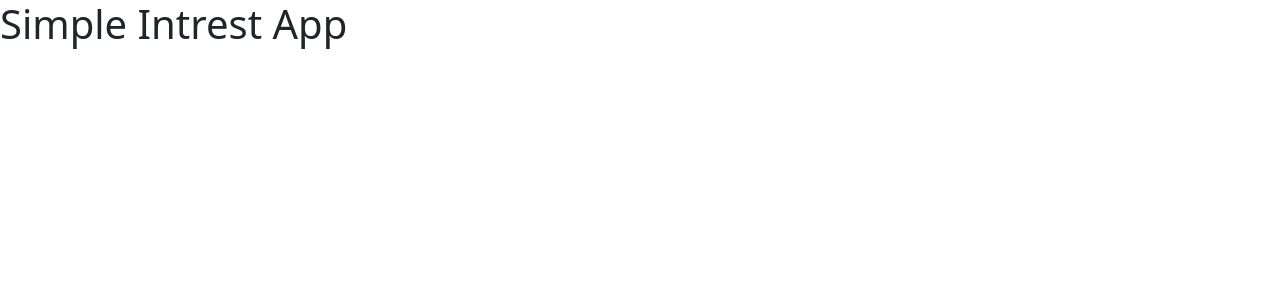
Repository: Afraz13/simple-intrest
Page: /
These files come from the project's save history. The page is drawn as it stood at one moment and after a run of saves; the edit follows.
The browser window is 1280 px wide. The pictures show the whole page.
The project was rebuilt for these pictures with package versions that can differ from the ones it lists, and the page was loaded fresh each time. Also part of the build but not shown: src/index.css, src/App.css.

Above is the page before, as saved 2024-07-15 20:16:42.

### public/index.html
<!DOCTYPE html>
<html lang="en">
  <head>
    <meta charset="utf-8" />

    <meta name="viewport" content="width=device-width, initial-scale=1" />
    <link href="https://cdn.jsdelivr.net/npm/bootstrap@5.3.3/dist/css/bootstrap.min.css" rel="stylesheet" integrity="sha384-QWTKZyjpPEjISv5WaRU9OFeRpok6YctnYmDr5pNlyT2bRjXh0JMhjY6hW+ALEwIH" crossorigin="anonymous">

    <title>Simple Intrest</title>
  </head>
  <body>

    <div id="root"></div>

  </body>
</html>

### src/App.js

import './App.css';

function App() {
  return (
    <div clas>
      <h1>Simple Intrest App</h1>
    </div>
  );
}

export default App;

Loaded but not shown: src/index.js (common file)

After the next 4 saves:
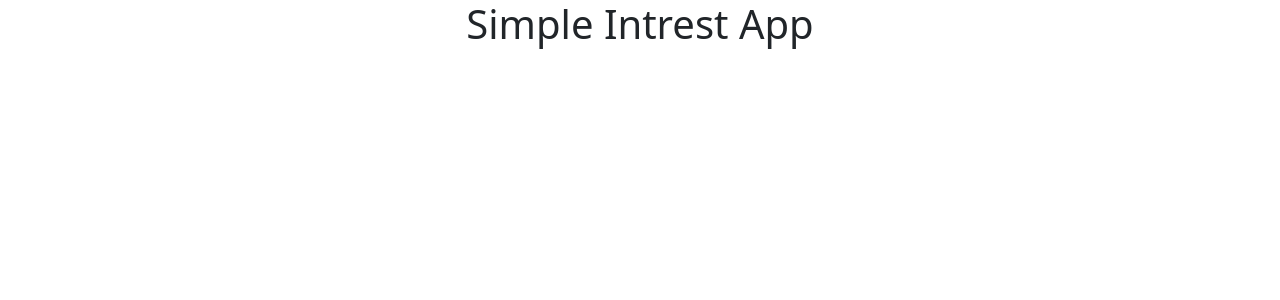
The 4 saves are shown as one change because they came seconds apart.
The last was saved 16 s later.
--- a/src/App.js
+++ b/src/App.js
@@ -3,7 +3,7 @@
 
 function App() {
   return (
-    <div clas>
+    <div className='d-flex justify-content-center'>
       <h1>Simple Intrest App</h1>
     </div>
   );
